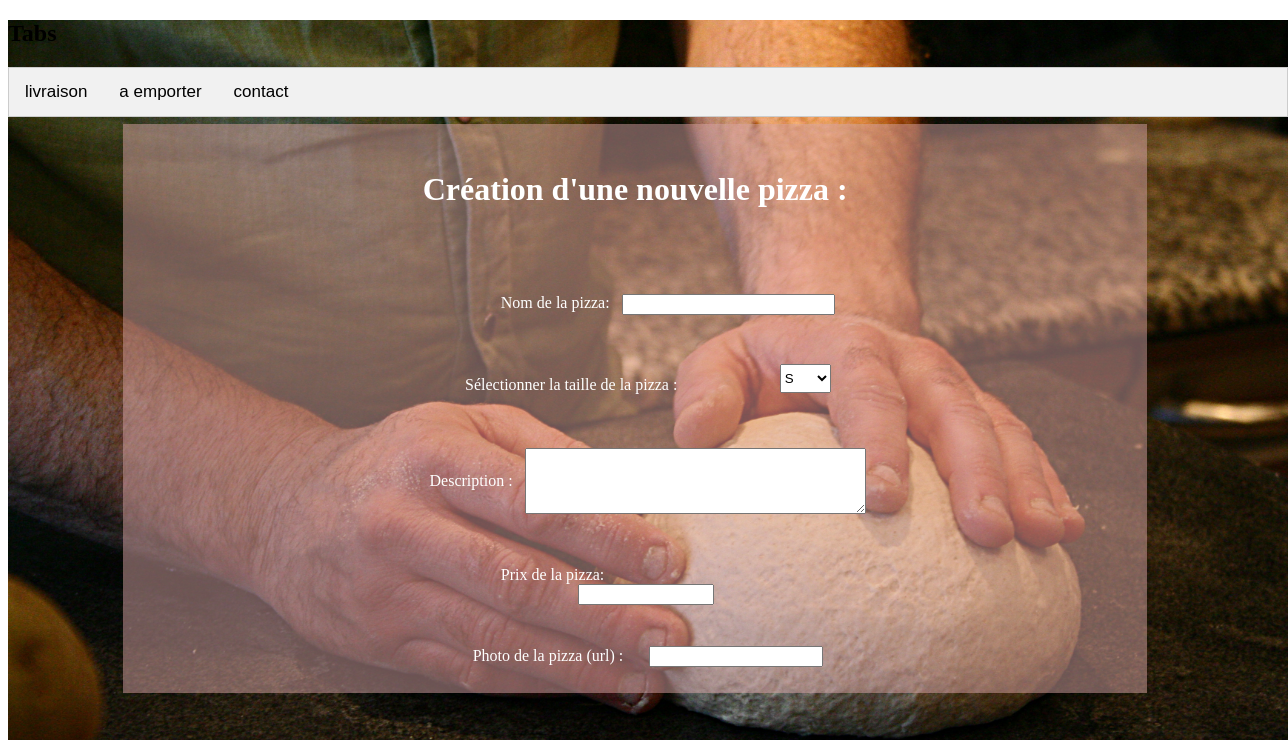
Repository: dev84-unalien/pippo_pizza
Page: admin.html
These files come from the project's save history. The page is drawn as it stood at one moment and after the next save; the edit follows.
The browser window is 1280 px wide. The page is 1288 px wide, so the pictures cover 1288 px, including what lies to the right of the window. The pictures show the whole page.

Above is the page before, as saved 2019-09-11 10:38:41.

### admin.html
<!DOCTYPE html>
<html lang="en">

<head>
    <meta charset="UTF-8">
    <meta name="viewport" content="width=device-width, initial-scale=1.0">
    <meta http-equiv="X-UA-Compatible" content="ie=edge">
    <title>pizzaria pippo</title>
    <link rel="stylesheet" href="admin.css">
    <script src="jquery-3.4.1.min.js"></script>
    <script src="admin.js"></script>

</head>

<body>
    <div id=unos>
        <div id=commande>

            <h2>Tabs</h2>


            <div class="tab">
                <button class="tablinks" onclick="openCity(event, 'livraison')">livraison</button>
                <button class="tablinks" onclick="openCity(event, 'emporter')">a emporter</button>
                <button class="tablinks" onclick="openCity(event, 'contact')">contact</button>
            </div>

            <div id="livraison" class="tabcontent">
                <h3>livraison</h3>
            </div>

            <div id="emporter" class="tabcontent">
                <h3>emporter</h3>

            </div>

            <div id="contact" class="tabcontent">
            </div>
            </form>

         <div id="body">
            <div id="Gcadre">
                <h1>Création d'une nouvelle pizza :</h1>
                 <div id="Nom">Nom de la pizza:<input id="écriture"></input></div>
                  <div id="Taille">
                  <p>Sélectionner la taille de la pizza :</p>
                   <select >
                         <option value="S">S</option>
                         <option value="M">M</option>
                         <option value=">L">L</option>
                         <option value="XL">XL</option>
                         <option value="XXL">XXL</option>
                     </select>
                </div>
                <div id="Description">Description :<TEXTAREA name="desc" rows=4 cols=40></TEXTAREA></div>
                <div id="Prix">Prix de la pizza: <input id="prix1"></input></div>

                <div id="Image"> Photo de la pizza (url) :<input id="imgpizza"></input></div>
            </div>

        </div>
    </div>
</body>

</html>

### admin.css
#unos {
  height: 100vh;
  width: 100vw;
  background-image: url("images/ajoutpizza.jpg");
  justify-content: cover;
  background-size: 100vw;
}
#body{
    width: 100vw;
    height: 80vh;
    display: flex;
  flex-direction: column;
  justify-content: center;
  align-content: center;
}
#Gcadre {
  display: flex;
  flex-direction: column;
  justify-content: space-around;
  align-items: center;
  width: 80vw;
  height: 80vh;
  background-color: rgba(216, 166, 166, 0.5);
  margin-left: 9vw;
  margin-top:1vh;
  color: white;
}

#Nom {
  margin-left: 9vw;
  display: flex;
  color: white;
  margin-top: 1vw;
  width: 30vw;
  height:2vh;
}
#écriture{
  width:16vw;
  height:2vh;
  margin-left:1vw;
}

#Taille {
  margin-right: 6vw;
  display: flex;
  justify-content: center;
  align-content: center;
  width: 80vw;
  height: 5vh;
}
select {
  width: 4vw;
  height: 4vh;
  margin-top: 0.5vh;

}

#Description{
  margin-left: 2vw;
  size: 5rem;
  display: flex;
  justify-content: center;
  align-items: center;

}
#Prix{
  width: 20vw;
  height: 4vh;
  margin-right:1vw;


}
#prix1{
  width: 10vw;
  margin-left:6vw;

}
#imgpizza{
width: 13vw;
margin-left:2vw;
}
#Image{
  margin-left: 2vw;
}
TEXTAREA{
  margin-left:1vw;

}
p {
  color: white;
  margin-left: 8vw;
  margin-right: 8vw;
}

#formulaire {
  height: 50%;
  width: 50%;
  background-color: aliceblue;
}

#livraison {
  background-color: aquamarine;
}

#emporter {
  background-color: beige;
}
#contact {
  background-color: powderblue;
}

.tab {
  overflow: hidden;
  border: 1px solid #ccc;
  background-color: #f1f1f1;
}

/* Style the buttons inside the tab */

.tab button {
  background-color: inherit;
  float: left;
  border: none;
  outline: none;
  cursor: pointer;
  padding: 14px 16px;
  transition: 0.3s;
  font-size: 17px;
}

/* Change background color of buttons on hover */

.tab button:hover {
  background-color: red;
}

/* Create an active/current tablink class */

.tab button.active {
  background-color: red;
}

/* Style the tab content */

.tabcontent {
  display: none;
  padding: 6px 12px;
  border: 1px solid red;
  border-top: none;
}

Loaded but not shown: jquery-3.4.1.min.js (library); admin.js (no copy from this time; the picture is the same without it)

After the next save:
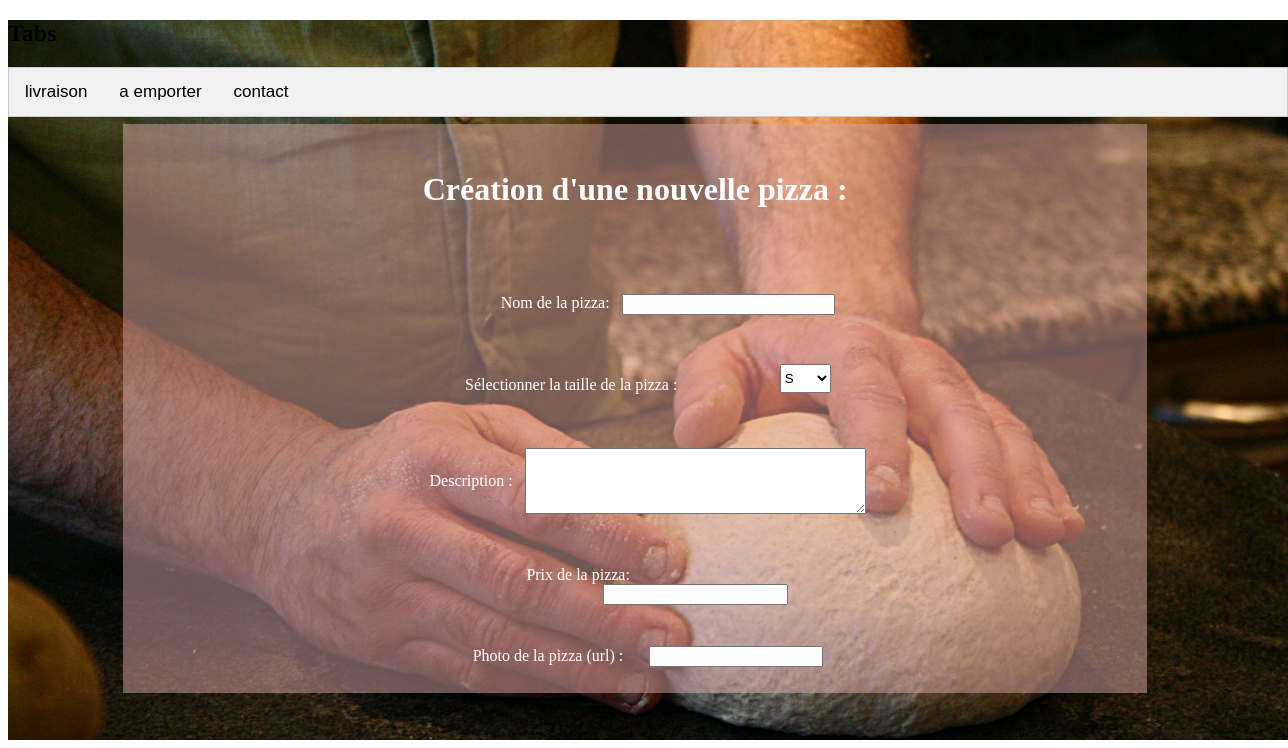
Saved 4 s later.
--- a/admin.css
+++ b/admin.css
@@ -67,11 +67,10 @@ select {
   width: 20vw;
   height: 4vh;
   margin-right:1vw;
-
+  margin-left: 4vw;
 
 }
 #prix1{
-  width: 10vw;
   margin-left:6vw;
 
 }
